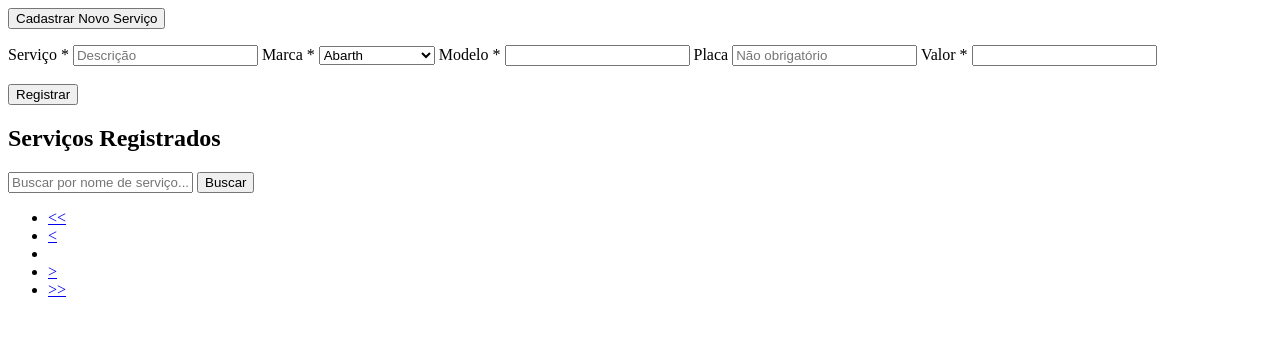
Repository: DanielGMT/AutoCenter-2.0
Page: http://localhost/Biblioteca/resources/admin/autor/content.jsp
An editor plug-in stored every save of this project. The page is shown before and after the next save, followed by the edit.
The browser window is 1280 px wide. The pictures show the whole page.
The page is served by Tomcat 9. Other server files are loaded and not shown.

Above is the page before, as saved 2022-03-10 17:10:07.
Console error: ReferenceError: SENAI is not defined

### Biblioteca/WebContent/resources/admin/autor/content.jsp
<script type="text/javascript" src="autor/js/autor.js"></script>
<script type="text/javascript"src="autor/js/jquery.maskMoney.js"></script>


<div id="cadastrarAutor">
	<p>
		<button class="btn btn-primary" id="downButton" type="button"
			data-toggle="collapse" data-target="#collapseExample"
			aria-expanded="false" aria-controls="collapseExample">
			Cadastrar Novo Serviço <span class="caret"></span>
		</button>
	</p>
</div>
<div class="collapse" id="collapseExample">
	<form>
		<div class="form-group">
			<label for="exampleInputEmail1">Serviço *</label> <input
				class="form-control" id="inputname" placeholder="Descrição">
					<label class="control-label" for="nome">Marca *</label>
				<select class="form-control" name="marca" id="inputmarca" autocomplete="off"
				minlength="3" maxlength="25" maxlength="25">
				<option value="Abarth">Abarth</option>
				<option value="Alfa Romeo">Alfa Romeo</option>
				<option value="Alpine">Alpine</option>
				<option value="Aston Martin">Aston Martin</option>
				<option value="Audi">Audi</option>
				<option value="Bentley">Bentley</option>
				<option value="BMW">BMW</option>
				<option value="Citroën">Citroën</option>
				<option value="Chevrolet">Chevrolet</option>
				<option value="Cupra">Cupra</option>
				<option value="Dacia">Dacia</option>
				<option value="DS">DS</option>
				<option value="Ferrari">Ferrari</option>
				<option value="Fiat">Fiat</option>
				<option value="Ford">Ford</option>
				<option value="Hafei">Hafei</option>
				<option value="Honda">Honda</option>
				<option value="Hyundai">Hyundai</option>
				<option value="Jaguar">Jaguar</option>
				<option value="JEEP">JEEP</option>
				<option value="KIA">KIA</option>
				<option value="Lamborghini">Lamborghini</option>
				<option value="Land Rover">Land Rover</option>
				<option value="Lexus">Lexus</option>
				<option value="Lifan">Lifan</option>
				<option value="Maserati">Maserati</option>
				<option value="Mazda">Mazda</option>
				<option value="Mercedes-Benz">Mercedes-Benz</option>
				<option value="MG">MG</option>
				<option value="MINI">MINI</option>
				<option value="Mitsubishi">Mitsubishi</option>
				<option value="Nissan">Nissan</option>
				<option value="Opel">Opel</option>
				<option value="Peugeot">Peugeot</option>
				<option value="Porsche">Porsche</option>
				<option value="Renault">Renault</option>
				<option value="SEAT">SEAT</option>
				<option value="Skoda">Skoda</option>
				<option value="Smart">Smart</option>
				<option value="Suzuki">Suzuki</option>
				<option value="Subaru">Subaru</option>
				<option value="TESLA">TESLA</option>
				<option value="Toyota">Toyota</option>
				<option value="Volkswagen">Volkswagen</option>
				<option value="Volvo">Volvo</option>
			</select>
		<label for="exampleInputEmail1">Modelo *</label> <input
				class="form-control" id="inputmodelo">

		<label for="placa">Placa</label> <input
				class="form-control" id="inputname" placeholder="Não obrigatório">
		<label for="valor">Valor *</label> <input
				class="form-control" type="text" id="inputvalor">
				<br><br>
		<div id="entrar">
			<button type="button" id="add-new"
				onclick="SENAI.biblioteca.cadastrarServico()" class="btn btn-primary">Registrar</button>
		</div>
	</form>
</div>
</div>
<div class="table-wrapper">
	<div class="col-md-12">
		<h2 class="pt-3 pb-4 text-center font-bold font-up deep-purple-text">Serviços
			Registrados</h2>
		<div id="divBusca">
			<input type="text" class='form-control' id="searchBar" placeholder="Buscar por nome de serviço..." />
			<button id="searchButton" OnClick="SENAI.biblioteca.buscarAutor()">Buscar</button>
		</div>
	</div>
	<div class="resultadoAutores"></div>
<ul class="pagination">
    <li class="page-item">
      <a class="first" href="#"><<</a>
    </li>
    <li class="page-item">
      <a class="prev" href="#"><</a>
    </li>
   <li class="numbers">

   </li>
    <li class="page-item">
      <a class="next" href="#">></a>
    </li>
    <li class="page-item">
      <a class="last" href="#">>></a>
    </li>
  </ul>
	<div class="clearfix">
		<div class="hint-text"></div>

	</div>
</div>
<div id="editarServico" style="display: none">
	<label>Serviço:</label> <input id="servicoEdit" class='form-control' name="servico" type="text">
	<input name="idServico" id="idAutorEdit" type="hidden">
	<label>Marca:</label> <input id="marcaEdit" class='form-control' name="marca" type="text">
	<input name="idMarca" id="idMarcaEdit" type="hidden">
	<label>Modelo:</label> <input id="modeloEdit" class='form-control' name="modelo" type="text">
	<input name="idModelo" id="idModeloEdit" type="hidden">
	<label>Placa:</label> <input id="placaEdit" class='form-control' name="placa" type="text">
	<input name="idPlaca" id="idPlacaEdit" type="hidden">
	<label>Valor:</label> <input id="valorEdit" class='form-control' name="valor" type="text">
	<input name="idValor" id="idValorEdit" type="hidden">
</div>

<div id="msg" style="display: none"></div>

### Biblioteca/WebContent/resources/admin/autor/js/autor.js
SENAI.biblioteca = new Object();

$(document)
		.ready(
				function() {
					SENAI.biblioteca.cadastrarServico = function() {

						var novoAutor = new Object();
						novoAutor.nome = $("#inputname").val();

						var cfgajax = {
							url : "../../rest/bibliotecaRest/addAutor",
							data : novoAutor,

							success : function(msg) {
								var cfg = {
									title : "Mensagem",
									height : 250,
									width : 400,
									modal : true,
									buttons : {
										"OK" : function() {
											$(this).dialog("close");
										}
									}
								};
								$("#msg").html(msg);
								$("#msg").dialog(cfg);

								SENAI.biblioteca.buscarAutor();
							},

							error : function(err) {
								alert("Erro ao cadastrar um novo autor!"
										+ err.responseText);
							}

						};

						SENAI.ajax.post(cfgajax);
					};

					SENAI.biblioteca.buscarAutor = function() {
						var valorBusca = $("#searchBar").val();
						SENAI.biblioteca.exibirAutores(undefined, valorBusca);
					};


					SENAI.biblioteca.exibirAutores = function(listaDeAutores,
							valorBusca) {
						var search = document.getElementById("searchBar");
						search.addEventListener("keyup", function(event) {
						  if (event.keyCode === 13) {
						   event.preventDefault();
						   document.getElementById("searchButton").click();
						  }
						});
						var html = "<table class='table table-bordered'>";
						html += "<tr><th>Nome</th><th id='acao'>Ações</th></tr>";
						if (listaDeAutores != undefined
								&& listaDeAutores.length > 0) {

							let perPage = 12
							const state = {
							  page: 1,
							  perPage,

							  totalPage: Math.ceil(listaDeAutores.length / perPage),
							  maxVisibleButtons: 5
							}

						 const html = {
									get(element){
										return document.querySelector(element)
									}
							}






							const controls = {
							  next(){
							    state.page++

							    const lastPage = state.page > state.totalPage
							    if(lastPage) {
							    	state.page--
							    }
							  },
							  prev(){
								  state.page--
								  if(state.page < 1){
									  state.page++
								  }
							  },
							  goTo(page){
								 state.page = +page
							   },

							  createListeners() {


								  html.get('.next').addEventListener('click', () => {
									  controls.next()
									  update()
								  })

								  html.get('.prev').addEventListener('click', () => {
									  controls.prev()
									  update()
								  })

								 html.get('.last').addEventListener('click', () => {
									  controls.goTo(state.totalPage)
									  update()
								  })

								  html.get('.first').addEventListener('click', () => {
									  controls.goTo(1)
									  update()
								  })}


							}

							var str1 = "";

							var n = "";
							var date = new Date();
							var str2 = new Date();
							var dd = String(str2.getDate()).padStart(2, '0');
							var mm = String(str2.getMonth() + 1).padStart(2, '0'); //January is 0!
							var yyyy = str2.getFullYear();

							const list = {

									create(item){

										html.get('.fleinin').innerHTML += "<tr><td>"
											+ item.nome
											+ "</td>"
											+ "<td><a class = 'edit' onclick = 'SENAI.biblioteca.editarAutor("
											+ item.id
											+ "); '>"
											+ "<i class='glyphicon glyphicon-pencil'></i></a>"
											+ "<a class = 'delete' onclick = 'SENAI.biblioteca.deletarAutor("
											+ item.id
											+ ")'>"
											+ "<i class='glyphicon glyphicon-trash'></i></a></td></tr>";


							},
							createTable(){
								const table = document.createElement('table')
								table.classList.add('table')
								table.classList.add('table-bordered')

								table.innerHTML += "<tbody class ='fleinin'><tr><th>Nome</th><th>Ações</th></tr>"
								+ "</tbody>";
								html.get('.resultadoAutores').appendChild(table);
							},
							update(){

								 html.get('.resultadoAutores').innerHTML = ""
									 list.createTable()
								let page = state.page - 1
								let start = page * state.perPage
								let end = start + state.perPage
								const paginatedItems = listaDeAutores.slice(start, end)

								paginatedItems.forEach(list.create);
							 }

					 	}

						const buttons = {
								element: html.get('.pagination .numbers'),
								create(number) {
									const button = document.createElement('a')

									button.innerHTML = number;

									if(state.page == number){
										button.classList.add('active')
									}

									button.addEventListener('click', (event) => {
										const page = event.target.innerText

										controls.goTo(page)
										update()
									})

									buttons.element.appendChild(button)
								},
								update() {
									buttons.element.innerHTML = ""
										const {maxLeft, maxRight} = buttons.calculateMaxVisible()


										for(let page = maxLeft; page<=maxRight; page++){
											buttons.create(page)
										}
								},
								calculateMaxVisible(){
									const { maxVisibleButtons } = state
									let maxLeft = (state.page - Math.floor(maxVisibleButtons / 2))
									let maxRight = (state.page + Math.floor(maxVisibleButtons / 2))
								 if(maxLeft < 1){
									 maxLeft = 1
									 maxRight = maxVisibleButtons
								 }
									if(maxRight > state.totalPage){
										maxLeft = state.totalPage - (maxVisibleButtons - 1)
										maxRight = state.totalPage

										if(maxLeft < 1){
											maxLeft = 1
										}
									}

									return {maxLeft, maxRight}
								}
						}

						function update() {
							list.update()
					 		buttons.update()
					 	}

					 	function init(){
					 		update()
					 		controls.createListeners()
					 	}

					 	init();


						} else {
							if (listaDeAutores == undefined) {
								if (valorBusca == "") {
									valorBusca = null;
								}
								var cfg = {
									type : "POST",
									url : "../../rest/bibliotecaRest/buscarAutoresPorNome/"
											+ valorBusca,
									success : function(listaDeAutores) {
										SENAI.biblioteca
												.exibirAutores(listaDeAutores);
									},
									error : function(err) {
										alert("Erro ao consultar os autores: "
												+ err.responseText);
									}
								};

								SENAI.ajax.post(cfg);
							} else {
								const html = {
										get(element){
											return document.querySelector(element)
										}
								}
								html.get('.resultadoAutores').innerHTML = "<span><label><font color='red'> Nenhum registro encontrado. </font></label></span>";

							}
						}

					};

					SENAI.biblioteca.exibirAutores(undefined, "");

					SENAI.biblioteca.deletarAutor = function(id) {
						msg = "Tem certeza que deseja excluir este autor?"
							var cfg = {
									title : "Mensagem",
									height : 250,
									width : 400,
									modal : true,
									buttons : {
										"Não" : function() {
											$(this).dialog("close");
										},
										"Sim" : function(){
											var cfg = {
												type : "POST",
												url : "../../rest/bibliotecaRest/deletarAutor/"
														+ id,
												success : function(msg) {
													var qtLinhas = $("#resultadoAutores tr").length;
													$(this).parents("tr").remove();
													$("#add-new").removeAttr("disabled");
													var cfg = {
														title : "Mensagem",
														height : 250,
														width : 400,
														modal : true,
														buttons : {
															"OK" : function() {
																$(this).dialog("close");
															}
														}
													};

													$("#msg").html(msg);
													$("#msg").dialog(cfg);

													SENAI.biblioteca.buscarAutor();
												},
												error : function(err) {
													alert("Erro: "
															+ err.responseText);
												}
											};
											SENAI.ajax.post(cfg);
										}
									}
								};
						$("#msg").html(msg);
						$("#msg").dialog(cfg);
					}

					SENAI.biblioteca.editarAutor = function(id) {
						var cfg = {
							type : "POST",
							url : "../../rest/bibliotecaRest/buscarAutorPeloId/"
									+ id,
							success : function(autor) {
								$("#nomeEdit").val(autor.nome);
								$("#idAutorEdit").val(autor.id);
								SENAI.biblioteca.exibirEdicao(autor);
							},
							error : function(err) {
								alert("Erro ao editar o autor!"
										+ err.responseText);
							}
						};
						SENAI.ajax.post(cfg);
					};


					SENAI.biblioteca.exibirEdicao = function(autor) {
						var cfg = {
							title : "Editar Autor",
							height : 180,
							width : 550,
							modal : true,
							buttons : {
								"Cancelar" : function() {
									$(this).dialog("close");
								},

								"Salvar" : function() {
									var dialog = this;
									var autor = new Object();
									autor.id = $("#idAutorEdit").val();
									autor.nome = $("#nomeEdit").val();

									var cfg = {
										type : "POST",
										url : "../../rest/bibliotecaRest/editarAutor",
										data : autor,

										success : function(msg) {
											$(dialog).dialog("close");
											var cfg = {
												title : "Mensagem",
												height : 250,
												width : 400,
												modal : true,
												buttons : {
													"OK" : function() {
														$(this).dialog("close");
													}
												}
											};
											$("#msg").html(msg);
											$("#msg").dialog(cfg);

											SENAI.biblioteca.buscarAutor();
										},
										error : function(err) {
											alert("Erro ao editar o autor "+ err.responseText);
										}
									};

									SENAI.ajax.post(cfg);
								}
							},
							close : function() {
							}
						};
						$("#editarAutor").dialog(cfg);
					};

					$(function() {
						$("#inputvalor").maskMoney({prefix:'R$ ', allowNegative: true, thousands:'.', decimal:',', affixesStay: false});

					})
					SENAI.biblioteca.mascara = function(valor){




					}


				});

Loaded but not shown: Biblioteca/WebContent/resources/admin/autor/js/jquery.maskMoney.js (library)

After the next save:
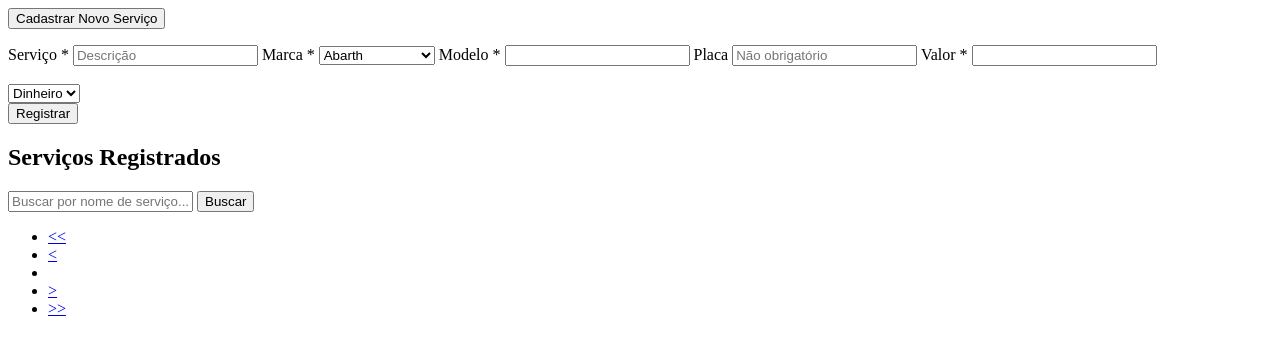
Saved 2 min 45 s later.
--- a/Biblioteca/WebContent/resources/admin/autor/content.jsp
+++ b/Biblioteca/WebContent/resources/admin/autor/content.jsp
@@ -73,6 +73,12 @@
 		<label for="valor">Valor *</label> <input
 				class="form-control" type="text" id="inputvalor">
 				<br><br>
+		<select class="form-control" name="marca" id="inputmarca" autocomplete="off"
+				minlength="3" maxlength="25" maxlength="25">
+				<option value=1>Dinheiro</option>
+				<option value=2>Cartão</option>
+				<option value=3>PIX</option>
+			</select>
 		<div id="entrar">
 			<button type="button" id="add-new"
 				onclick="SENAI.biblioteca.cadastrarServico()" class="btn btn-primary">Registrar</button>
